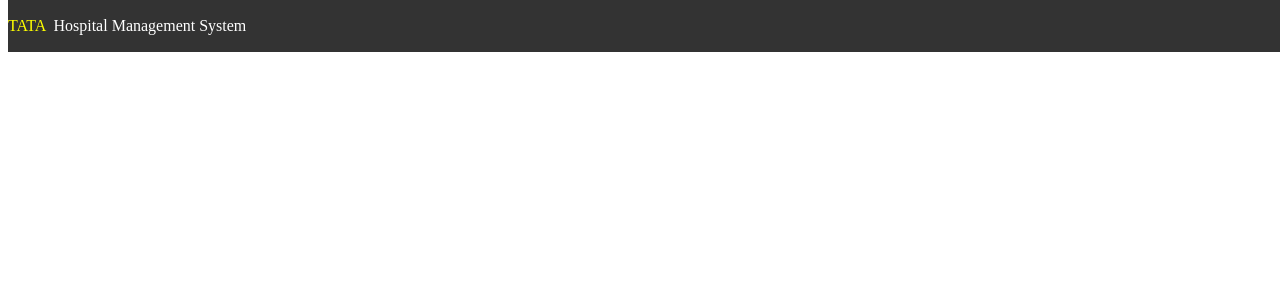
Repository: gopikavinod/RBM
Page: http://localhost/Hospital_Management_System/test.jsp
These files come from the project's save history. The page is drawn as it stood at one moment and after the next save; the edit follows.
The browser window is 1280 px wide. The pictures show the whole page.
The page is served by Tomcat 9. Other server files are loaded and not shown.

Above is the page before, as saved 2020-06-27 05:49:44.

### eclipse-workspace/Hospital Management System/WebContent/test.jsp
<%@ page language="java" contentType="text/html; charset=ISO-8859-1"
    pageEncoding="ISO-8859-1"%>
<!DOCTYPE html>
<html>
<head>
<meta charset="ISO-8859-1">
<title>TATA Hospital Management System</title>
<style>
    /* Add some padding on document's body to prevent the content
    to go underneath the header and footer */
    body{
        padding-top: 60px;
        padding-bottom: 40px;
    }
    .container{
        width: 80%;
        margin: 0 auto; /* Center the DIV horizontally */
    }
    .fixed-header, .fixed-footer{
        width: 100%;
        position: fixed;
        background: #333;
        padding: 10px 0;
        color: #fff;
    }
    .fixed-header{
        top: 0;
    }
    .fixed-footer{
        bottom: 0;
    }
    /* Some more styles to beutify this example */
    nav a{
        color: #fff;
        text-decoration: none;
        padding: 7px 25px;
        display: inline-block;
    }
    .container p{
        line-height: 200px; /* Create scrollbar to test positioning */
    }
    p.detail
    {
    color:yellow;
    line-height: 0px;
    }
    span.name{
    	color:white;
    }
    tr
    {
    height: 40px;
    }
    span.aestric
    {
    color: red;
    }
    .topnav {
  overflow: hidden;
  background-color: #333;
}

.topnav a {
  float: left;
  display: block;
  color: #f2f2f2;
  text-align: center;
  padding: 14px 16px;
  text-decoration: none;
  font-size: 17px;
}
    .dropdown {
  float: left;
  overflow: hidden;
}
.dropdown .dropbtn {
  font-size: 17px;
  border: none;
  outline: none;
  color: white;
  padding: 14px 16px;
  background-color: inherit;
  font-family: inherit;
  margin: 0;
}

.dropdown-content {
  display: none;
  position: absolute;
  background-color: #f9f9f9;
  min-width: 160px;
  box-shadow: 0px 8px 16px 0px rgba(0,0,0,0.2);
  z-index: 1;
}

.dropdown-content a {
  float: none;
  color: black;
  padding: 12px 16px;
  text-decoration: none;
  display: block;
  text-align: left;
}

.topnav a:hover, .dropdown:hover .dropbtn {
  background-color: #555;
  color: white;
}

.dropdown-content a:hover {
  background-color: #ddd;
  color: black;
}

.dropdown:hover .dropdown-content {
  display: block;
}

</style>
<script>

function disableBackButton()
 {
  //location.href("logout.html");

 }
if(window.history.forward(1) != null)
         window.history.forward(1);
</script>
</head>

<body>

<div class="fixed-header">
                 <nav>
          <p class="detail">TATA <span class="name">&nbsp;Hospital Management System</span></p>

              </div>

</body>

</html>

After the next save:
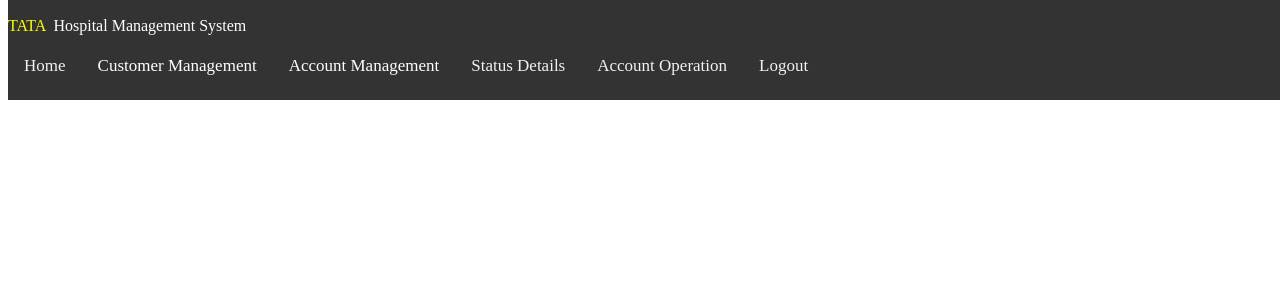
Saved 75 s later.
--- a/eclipse-workspace/Hospital Management System/WebContent/test.jsp
+++ b/eclipse-workspace/Hospital Management System/WebContent/test.jsp
@@ -134,7 +134,38 @@
 <div class="fixed-header">
                  <nav>
           <p class="detail">TATA <span class="name">&nbsp;Hospital Management System</span></p>
+                  <nav>
+            <div class="topnav" id="myTopnav">
+                <a href="#">Home</a>
+                <div class="dropdown">
+    <button class="dropbtn">Customer Management
+      <i class="fa fa-caret-down"></i>
+    </button>
+    <div class="dropdown-content">
+      <a href="/Retail_Bank_Management/userLogged.jsp">Create Customer</a>
+      <a href="/Retail_Bank_Management/updateCustomer.jsp">Update Customer</a>
+      <a href="/Retail_Bank_Management/deleteCustomer.jsp">Delete Customer</a>
+      <a href="/Retail_Bank_Management/customerStatus.jsp">View Customer Details</a>
+    </div>
+    </div>
 
+   <div class="dropdown">
+    <button class="dropbtn">Account Management
+      <i class="fa fa-caret-down"></i>
+    </button>
+    <div class="dropdown-content">
+      <a href="#">Add Account</a>
+      <a href="#">Update Account</a>
+      <a href="#">Delete Account</a>
+      <a href="#">View Account Details</a>
+    </div>
+    </div>
+
+
+                <a href="#">Status Details</a>
+                <a href="#">Account Operation</a>
+                 <a href="/Retail_Bank_Management/LogoutServlet" onclick="disableBackButton()">Logout</a>
+            </nav>
               </div>
 
 </body>
